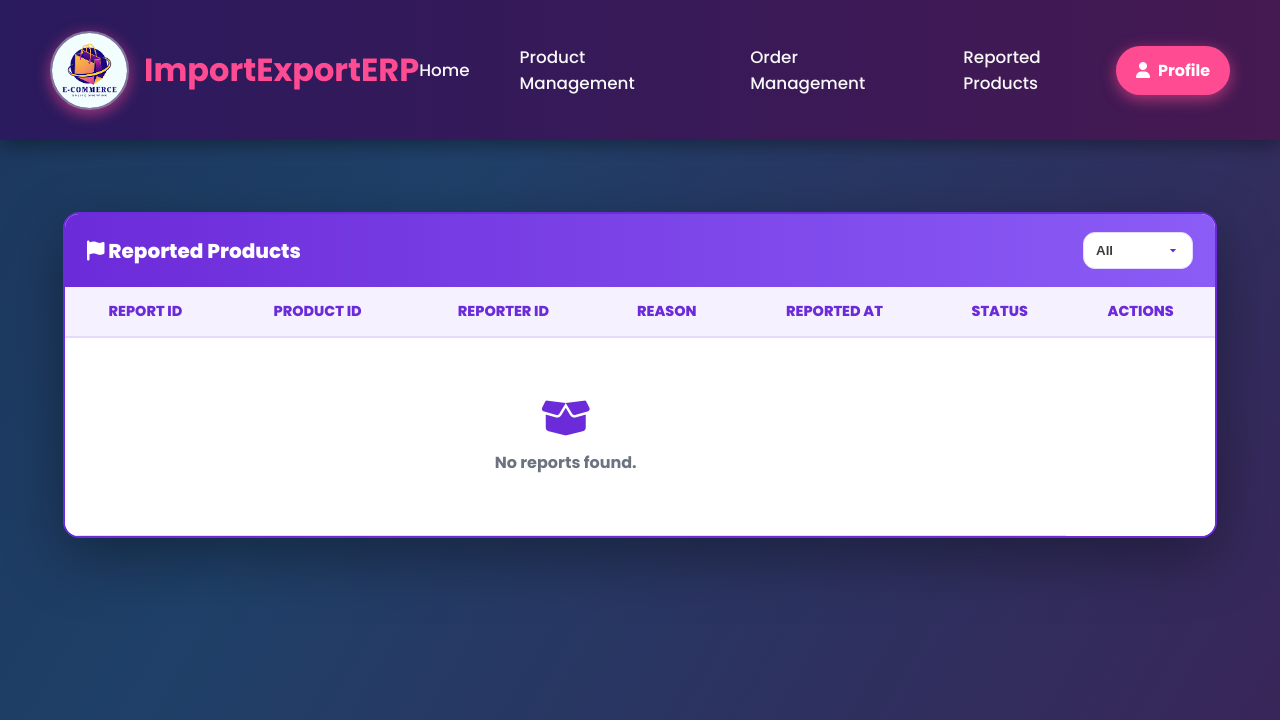
Repository: Shravanibadabe/Import_export_erp_system-seller-
Page: http://localhost/Report_product/reported_products.jsp
These files come from the project's save history. The page is drawn as it stood at one moment and after the next save; the edit follows.
The browser window is 1280 px wide. The pictures show the whole page.
The page is served by Tomcat 10. Other server files are loaded and not shown. The template is opened directly, without the code that normally fills it, so the values that code supplies are empty.

Above is the page before, as saved 2026-01-30 09:31:18.

### Report_product/src/main/webapp/reported_products.jsp
<%@ page language="java" contentType="text/html; charset=UTF-8"
	pageEncoding="UTF-8"%>
<%@ page import="java.util.*, model.ReportPojo"%>
<%@ taglib uri="jakarta.tags.core" prefix="c"%>

<%
String portId = (String) request.getAttribute("portId");
String filter = (String) request.getAttribute("filter");
List<ReportPojo> reports = (List<ReportPojo>) request.getAttribute("reports");
String msg = (String) request.getAttribute("msg");
%>
<!DOCTYPE html>
<html>
<head>
<meta charset="UTF-8">
<title>Reported Products</title>
<link rel="stylesheet"
	href="https://cdnjs.cloudflare.com/ajax/libs/font-awesome/6.5.0/css/all.min.css">
<link
	href="https://fonts.googleapis.com/css2?family=Poppins:wght@300;500;700;800&display=swap"
	rel="stylesheet">

<style>
:root {
	--bg1: #0a0214;
	--primary: #6c2bd9;
	--primary-200: #e6dbff;
	--primary-100: #f6f1ff;
	--pink: #ff4b91;
	--ink: #1b1b1b;
}

html, body {
	height: 100%
}

body {
	margin: 0;
	font-family: 'Poppins', sans-serif;
	background: linear-gradient(120deg, #1b1b2f, #162447, #1f4068, #451952);
	background-size: 300% 300%;
	animation: gradientShift 14s ease infinite;
	color: var(--ink);
}

@keyframes gradientShift{
  0%{background-position:0% 50%}
  50%{background-position:100% 50%}
  100%{background-position:0% 50%}
}

/* Navbar */
.navbar {
	display: flex;
	justify-content: space-between;
	align-items: center;
	background: linear-gradient(90deg, #2a1a5e, #451952);
	padding: 20px 50px;
	height: 100px;
	position: sticky;
	top: 0;
	z-index: 30;
	box-shadow: 0 4px 20px rgba(0, 0, 0, .4);
}

.navbar .logo {
	display: flex;
	align-items: center;
	font-size: 2rem;
	font-weight: 700;
	color: #ff4b91;
}

.navbar .logo img {
	height: 75px;
	width: 75px;
	margin-right: 15px;
	border-radius: 50%;
	box-shadow: 0 4px 15px rgba(255, 75, 145, .6);
	border: 2px solid rgba(255, 255, 255, .4);
}

.nav-links {
	display: flex;
	gap: 50px;
	align-items: center;
}

.nav-links a {
	color: #f8f8f8;
	text-decoration: none;
	font-weight: 500;
	font-size: 1.05rem;
	position: relative;
}

.nav-links a::after {
	content: '';
	position: absolute;
	left: 0;
	bottom: -8px;
	height: 3px;
	width: 0;
	background: #ff4b91;
	border-radius: 2px;
	transition: width .3s ease;
}

.nav-links a:hover {
	color: #ff4b91
}

.nav-links a:hover::after {
	width: 100%
}

/* Profile Button */
.profile-btn {
	background: #ff4b91;
	color: white;
	padding: 12px 20px;
	border-radius: 30px;
	font-weight: bold;
	text-decoration: none;
	transition: all 0.3s ease;
	display: flex;
	align-items: center;
	gap: 8px;
	box-shadow: 0 4px 15px rgba(255, 75, 145, 0.6);
	user-select: none;
}

.profile-btn:hover {
	background: #ff2e75;
	transform: scale(1.08);
	box-shadow: 0 6px 25px rgba(255, 75, 145, 0.8);
}

/* Page sheet */
.sheet {
	width: 92%;
	max-width: 1150px;
	margin: 72px auto 48px;
	background: #fff;
	border: 2px solid var(--primary);
	border-radius: 16px;
	box-shadow: 0 20px 60px rgba(0, 0, 0, .35);
	overflow: hidden;
}

/* Header bar */
.sheet-head {
	display: flex;
	align-items: center;
	justify-content: space-between;
	padding: 18px 22px;
	background: linear-gradient(90deg, var(--primary), #8b5cf6);
	color: #fff
}

.sheet-title {
	font-size: 1.25rem;
	font-weight: 800
}

.tools {
	display: flex;
	gap: 12px;
	flex-wrap: wrap
}

.select {
	appearance: none;
	background: #fff
		url('data:[embedded picture, 161 characters]')
		no-repeat right 12px center;
	border: 1.5px solid var(--primary-200);
	padding: 10px 36px 10px 12px;
	border-radius: 12px;
	font-weight: 700;
	color: #3c3c3c
}

.msg {
	padding: 10px 15px;
	margin: 15px;
	border-radius: 10px;
	font-weight: 600;
	color: #0f6b3d;
	background: #e9fbef;
	border: 1px solid #b8efca
}

/* Table */
.table-wrap {
	max-height: 65vh;
	overflow: auto;
	background: #fff
}

.table {
	width: 100%;
	border-collapse: separate;
	border-spacing: 0
}

.table thead th {
	position: sticky;
	top: 0;
	background: var(--primary-100);
	color: var(--primary);
	font-weight: 800;
	text-transform: uppercase;
	font-size: .9rem;
	border-bottom: 2px solid var(--primary-200);
	padding: 14px;
	text-align: center
}

.table tbody td {
	border-bottom: 1px solid var(--primary-200);
	padding: 12px;
	font-weight: 600;
	color: #3b3b3b;
	text-align: center
}

.table tbody tr:hover {
	background: #faf7ff
}

/* Status badges */
.badge {
	display: inline-block;
	padding: 6px 12px;
	border-radius: 20px;
	font-size: .8rem;
	font-weight: 800
}

.badge-pending {
	background: #fff8e6;
	border: 1px solid #ffe9a6;
	color: #795b00
}

.badge-resolved {
	background: #e9fbef;
	border: 1px solid #b8efca;
	color: #0f6b3d
}

/* Pills */
.pill {
	display: inline-flex;
	align-items: center;
	gap: 6px;
	padding: 6px 12px;
	border-radius: 999px;
	font-weight: 700;
	font-size: .85rem;
	text-decoration: none;
	cursor: pointer
}

.pill-resolve {
	border: 2px solid #b6f7c9;
	color: #0f6b3d;
	background: #eafff1
}

.pill-disabled {
	color: #999
}

/* Empty */
.empty {
	padding: 48px;
	text-align: center;
	color: #6b7280;
	font-weight: 600
}

.empty i {
	font-size: 40px;
	color: var(--primary);
	margin-bottom: 12px
}

/* Modal */
.modal-backdrop {
	background: rgba(0, 0, 0, 0.6)
}

.modal {
	position: fixed;
	top: 0;
	left: 0;
	width: 100%;
	height: 100%;
	display: none;
	align-items: center;
	justify-content: center;
	z-index: 1000
}

.modal.active {
	display: flex
}

.modal-box {
	background: #fff;
	padding: 20px;
	border-radius: 14px;
	max-width: 400px;
	width: 100%;
	box-shadow: 0 8px 30px rgba(0, 0, 0, .3)
}

.modal-header {
	font-weight: 800;
	font-size: 1.1rem;
	margin-bottom: 10px
}

.modal-actions {
	display: flex;
	justify-content: flex-end;
	gap: 12px;
	margin-top: 20px
}

.btn {
	padding: 8px 14px;
	border-radius: 8px;
	font-weight: 700;
	cursor: pointer;
	border: none
}

.btn-cancel {
	background: #eee
}

.btn-confirm {
	background: #6c2bd9;
	color: #fff
}
</style>
</head>
<body>

	<!-- Navbar -->
	<div class="navbar">
		<div class="logo">
			<img src="image/logo.png" alt="Logo"><span>ImportExportERP</span>
		</div>
		<div class="nav-links">
			<a
				href="http://localhost:8080/RegistrationLogin/dashboard.jsp?port_id=${portId}"
				class="nav-link">Home</a> <a
				href="http://localhost:8080/ProductManagement/ProductServlet"
				class="nav-link">Product Management</a> <a
				href="http://localhost:8080/OrderManagement/ListOrdersServlet?seller_port_id=${portId}"
				class="nav-link">Order Management</a> <a
				href="http://localhost:8080/Report_product/ReportedProductsServlet?port_id=${portId}"
				class="nav-link">Reported Products</a>
		</div>
		<div class="nav-cta">
			<a
				href="http://localhost:8080/ProfileManagement/ProfileController?port_id=${portId}"
				class="profile-btn"> <i class="fa-solid fa-user"></i> Profile
			</a>
		</div>
	</div>

	<!-- White Sheet -->
	<div class="sheet">
		<div class="sheet-head">
			<div class="sheet-title">
				<i class="fa-solid fa-flag"></i> Reported Products
			</div>
			<div class="tools">
				<form method="get" action="ReportedProductsServlet">
					<select class="select" name="filter" onchange="this.form.submit()">
						<option value="all"
							<%=(filter == null || "all".equals(filter)) ? "selected" : ""%>>All</option>
						<option value="pending"
							<%="pending".equals(filter) ? "selected" : ""%>>Pending</option>
						<option value="resolved"
							<%="resolved".equals(filter) ? "selected" : ""%>>Resolved</option>
					</select>
				</form>
			</div>
		</div>

		<%
		if (msg != null && !msg.isEmpty()) {
		%>
		<div class="msg"><%=msg%></div>
		<%
		}
		%>

		<!-- Table -->
		<div class="table-wrap">
			<table class="table">
				<thead>
					<tr>
						<th>Report ID</th>
						<th>Product ID</th>
						<th>Reporter ID</th>
						<th>Reason</th>
						<th>Reported At</th>

						<th>Status</th>
						<th>Actions</th>
					</tr>
				</thead>
				<tbody>
					<c:choose>
						<c:when test="${not empty reports}">
							<c:forEach var="r" items="${reports}">
								<tr>
									<td>${r.reportId}</td>
									<td>${r.productId}</td>
									<td>${r.reporterId}</td>
									<td>${r.reason}</td>
									<td>${r.reportedAt}</td>

									<td><c:choose>
											<c:when test="${r.status eq 'resolved'}">
												<span class="badge badge-resolved">Resolved</span>
											</c:when>
											<c:otherwise>
												<span class="badge badge-pending">Pending</span>
											</c:otherwise>
										</c:choose></td>
									<td><c:choose>
											<c:when test="${r.status ne 'resolved'}">
												<button type="button" class="pill pill-resolve"
													onclick="openModal('${r.reportId}')">
													<i class="fa-solid fa-check"></i> Resolve
												</button>
											</c:when>
											<c:otherwise>
												<span class="pill pill-disabled">-</span>
											</c:otherwise>
										</c:choose></td>
								</tr>
							</c:forEach>
						</c:when>
						<c:otherwise>
							<tr>
								<td colspan="6"><div class="empty">
										<i class="fa-solid fa-box-open"></i><br>No reports found.
									</div></td>
							</tr>
						</c:otherwise>
					</c:choose>
				</tbody>
			</table>
		</div>
	</div>

	<!-- Modals -->
	<c:forEach var="r" items="${reports}">
		<c:if test="${r.status ne 'resolved'}">
			<div class="modal" id="modal-${r.reportId}">
				<div class="modal-box">
					<div class="modal-header">Confirm Resolve</div>
					<div>Are you sure you want to mark this report as resolved?</div>
					<div class="modal-actions">
						<button class="btn btn-cancel"
							onclick="closeModal('${r.reportId}')">Cancel</button>
						<form method="post" action="ResolveReportServlet">
							<input type="hidden" name="report_id" value="${r.reportId}">
							<input type="hidden" name="filter" value="${filter}">
							<button type="submit" class="btn btn-confirm">Yes,
								Resolve</button>
						</form>
					</div>
				</div>
			</div>
		</c:if>
	</c:forEach>

	<script>
		function openModal(id) {
			document.getElementById('modal-' + id).classList.add('active');
		}
		function closeModal(id) {
			document.getElementById('modal-' + id).classList.remove('active');
		}
	</script>

</body>
</html>

After the next save:
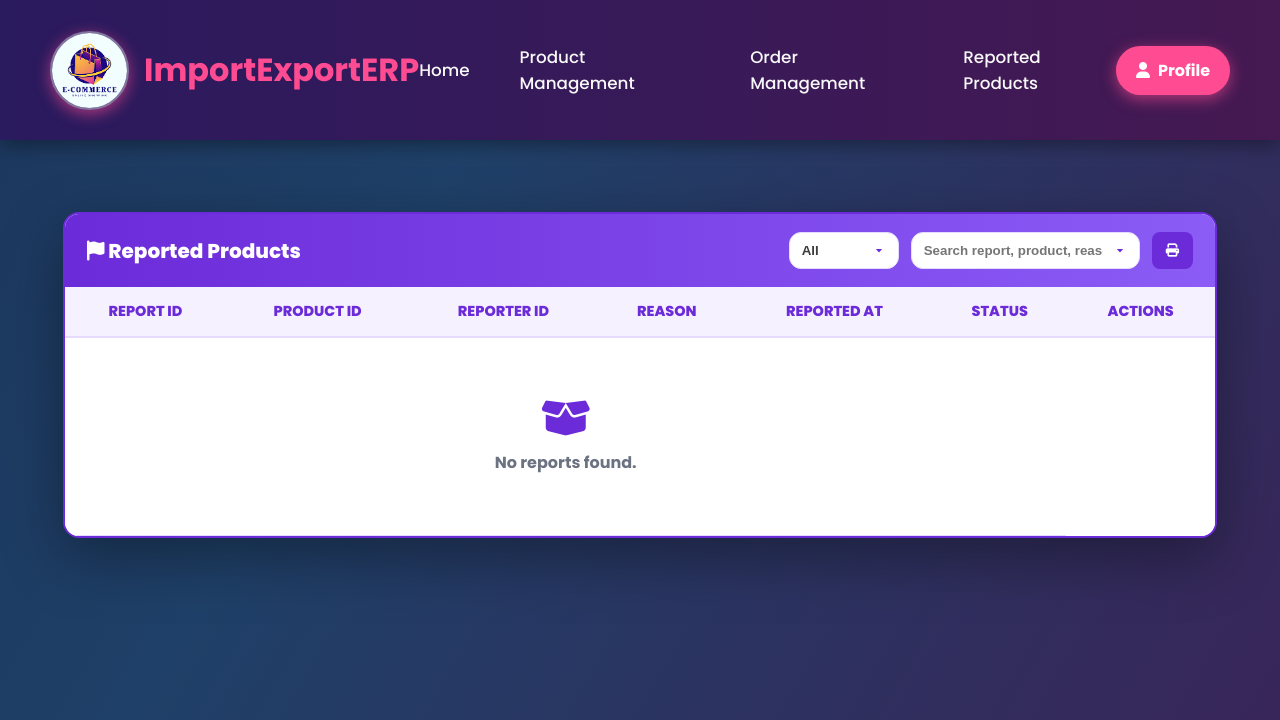
Saved 2 min 41 s later.
--- a/Report_product/src/main/webapp/reported_products.jsp
+++ b/Report_product/src/main/webapp/reported_products.jsp
@@ -391,6 +391,11 @@ body {
 							<%="resolved".equals(filter) ? "selected" : ""%>>Resolved</option>
 					</select>
 				</form>
+				<input id="q" type="text" class="select" placeholder="Search report, product, reason…">
+<button class="btn btn-confirm" onclick="window.print()">
+  <i class="fa-solid fa-print"></i>
+</button>
+
 			</div>
 		</div>
 
